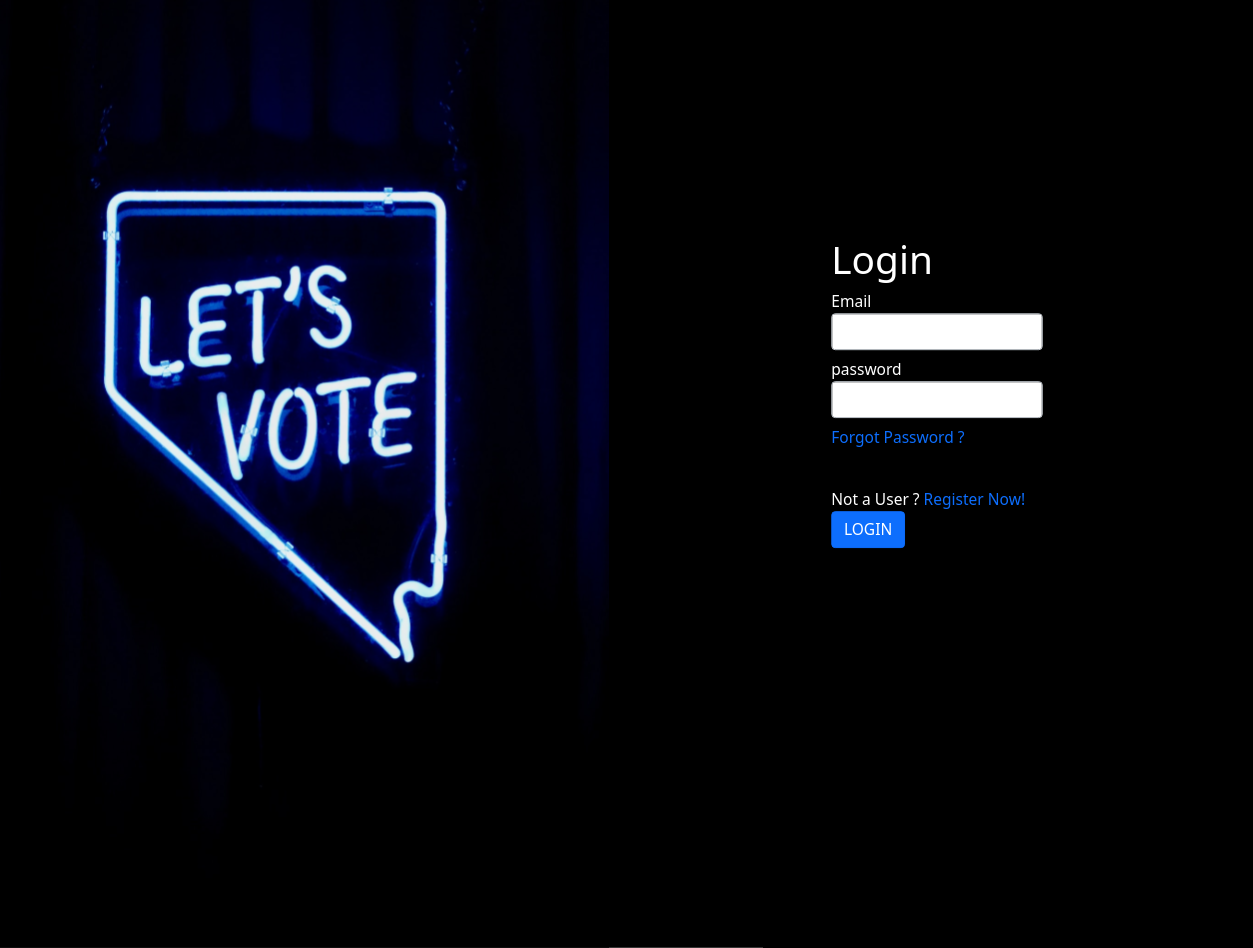
Repository: DavidManiIbrahim/Voting-app
Page: Login.html
An editor plug-in stored every save of this project. The page is shown before and after the next save, followed by the edit.
The browser window is 1280 px wide. The page is 1292 px wide, so the pictures cover 1292 px, including what lies to the right of the window. The pictures show the whole page, at 97% of full size.

Above is the page before, as saved 2025-01-18 07:11:55.

After the next save:
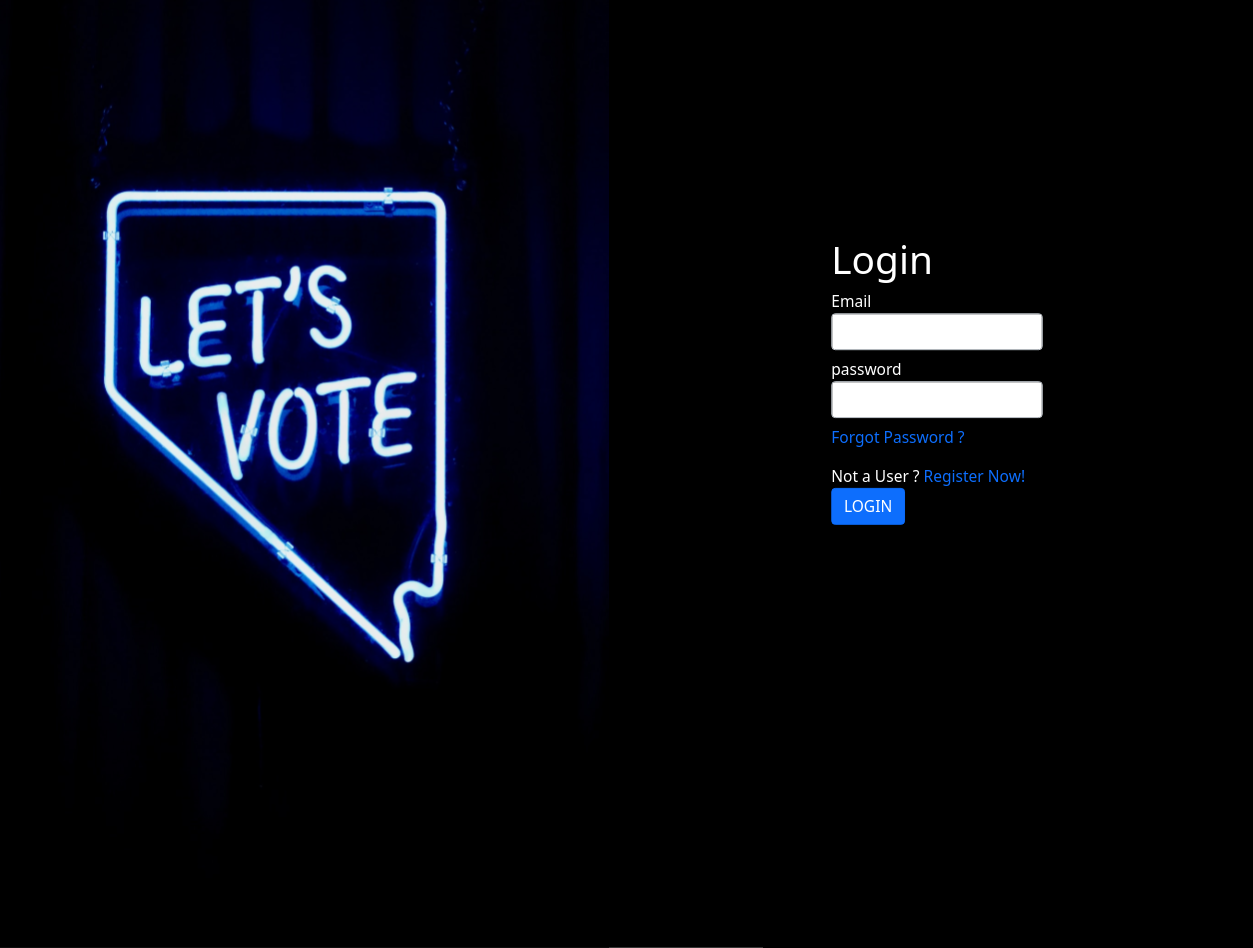
Saved 14 s later.
--- a/Login.html
+++ b/Login.html
@@ -31,7 +31,7 @@
             <label class="form-label"" for="password">password  <br>
                 <input class="form-control" type="password" class="form-text">
             </label> <br>
-            <p class="text-primary">Forgot Password ?</p> <br>
+            <p class="text-primary">Forgot Password ?</p>
             <span>Not a User ?</span>
             <span class="text-primary">Register Now!</span>
             <button class="btn btn-primary">LOGIN</button>
